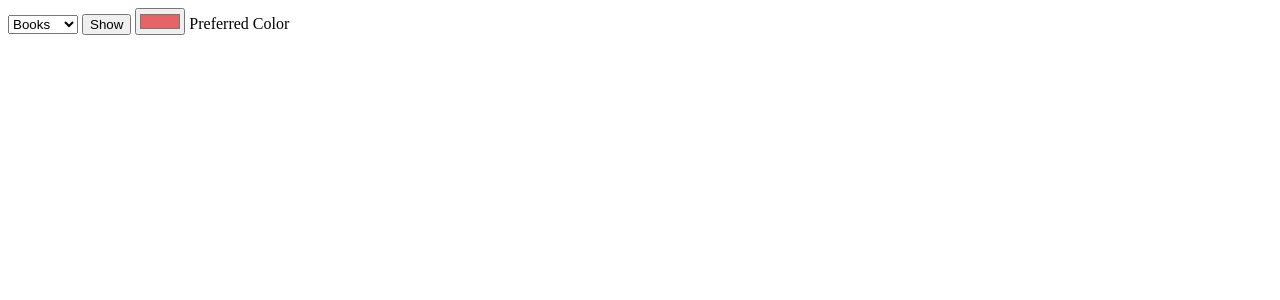
Repository: aishwarya-sankhla/JavaTraining
Page: CookieExample/WebContent/index.html
These files come from the project's save history. The page is drawn as it stood at one moment and after the next save; the edit follows.
The browser window is 1280 px wide. The pictures show the whole page.

Above is the page before, as saved 2018-10-05 09:54:07.

### CookieExample/WebContent/index.html
<!DOCTYPE html>
<html>
<head>
<meta charset="ISO-8859-1">
<title>Insert title here</title>
</head>
<body>
<form action="DemoServlet">

		<select name="itemName">
			<option value="books">Books</option>
			<option value="textiles">Textiles</option>
			<option value="fashion">Fashion</option>
			<option value="sweets">Sweets</option>
		</select>

		<input type="submit" value="Show">
		<input type="color" id="head" name="color"
               value="#e66465" />
        <label for="head">Preferred Color</label>

	</form>
</body>
</html>

After the next save:
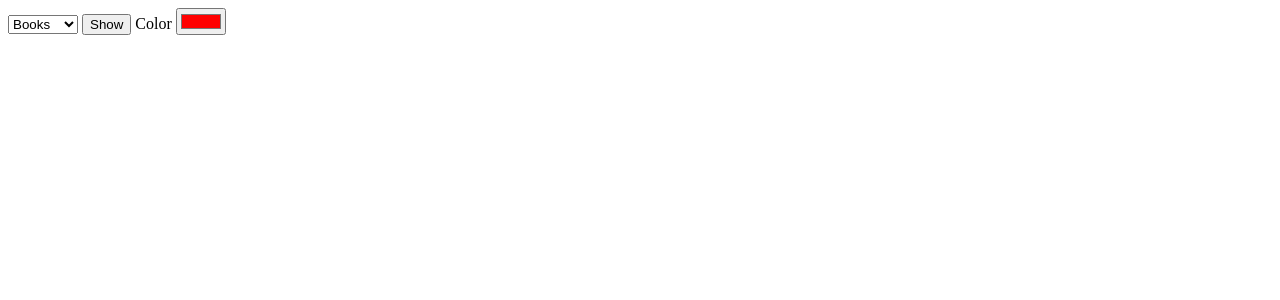
Saved 111 s later.
--- a/CookieExample/WebContent/index.html
+++ b/CookieExample/WebContent/index.html
@@ -15,9 +15,8 @@
 		</select>
 
 		<input type="submit" value="Show">
-		<input type="color" id="head" name="color"
-               value="#e66465" />
-        <label for="head">Preferred Color</label>
+		<label>Color</label>
+		<input type="color" value="#ff0000">
 
 	</form>
 </body>
